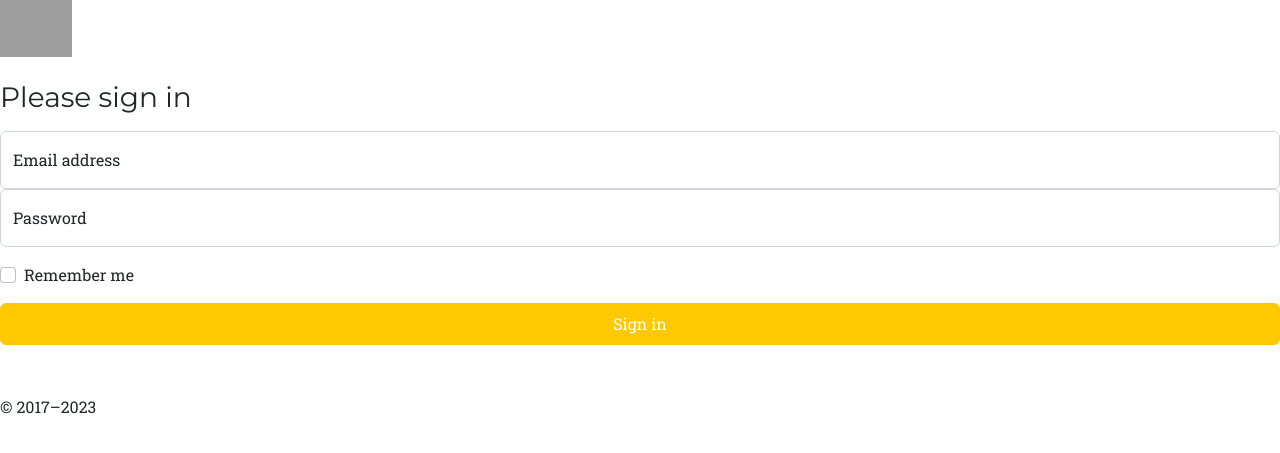
Repository: aquilesascar/TCC_1
Page: Tela Inicial/html/loginteste.html
These files come from the project's save history. The page is drawn as it stood at one moment and after the next save; the edit follows.
The browser window is 1280 px wide. The pictures show the whole page.
Pictures or frames that could not be fetched are drawn as grey boxes. Some web libraries are served in a nearby version.

Above is the page before, as saved 2023-07-10 13:44:03.

After the next save:
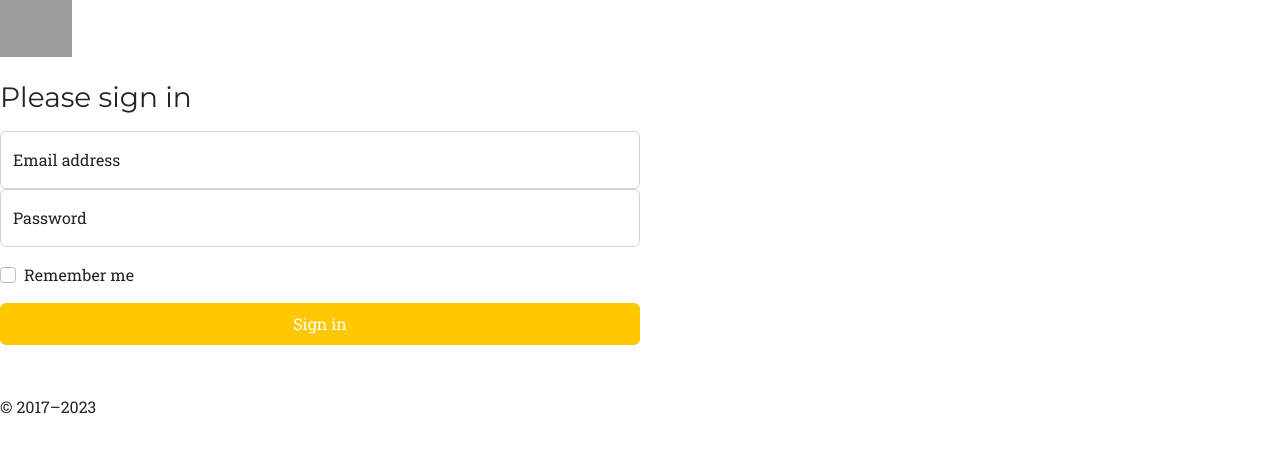
Saved 4 s later.
--- a/Tela Inicial/html/loginteste.html
+++ b/Tela Inicial/html/loginteste.html
@@ -17,7 +17,7 @@
 </head>
 <body>
     <main class="form-signin w-100 m-auto">
-        <div class="col">
+        <div class="col-6">
         <form>
           <img class="mb-4" src="/docs/5.3/assets/brand/bootstrap-logo.svg" alt="" width="72" height="57">
           <h1 class="h3 mb-3 fw-normal">Please sign in</h1>
